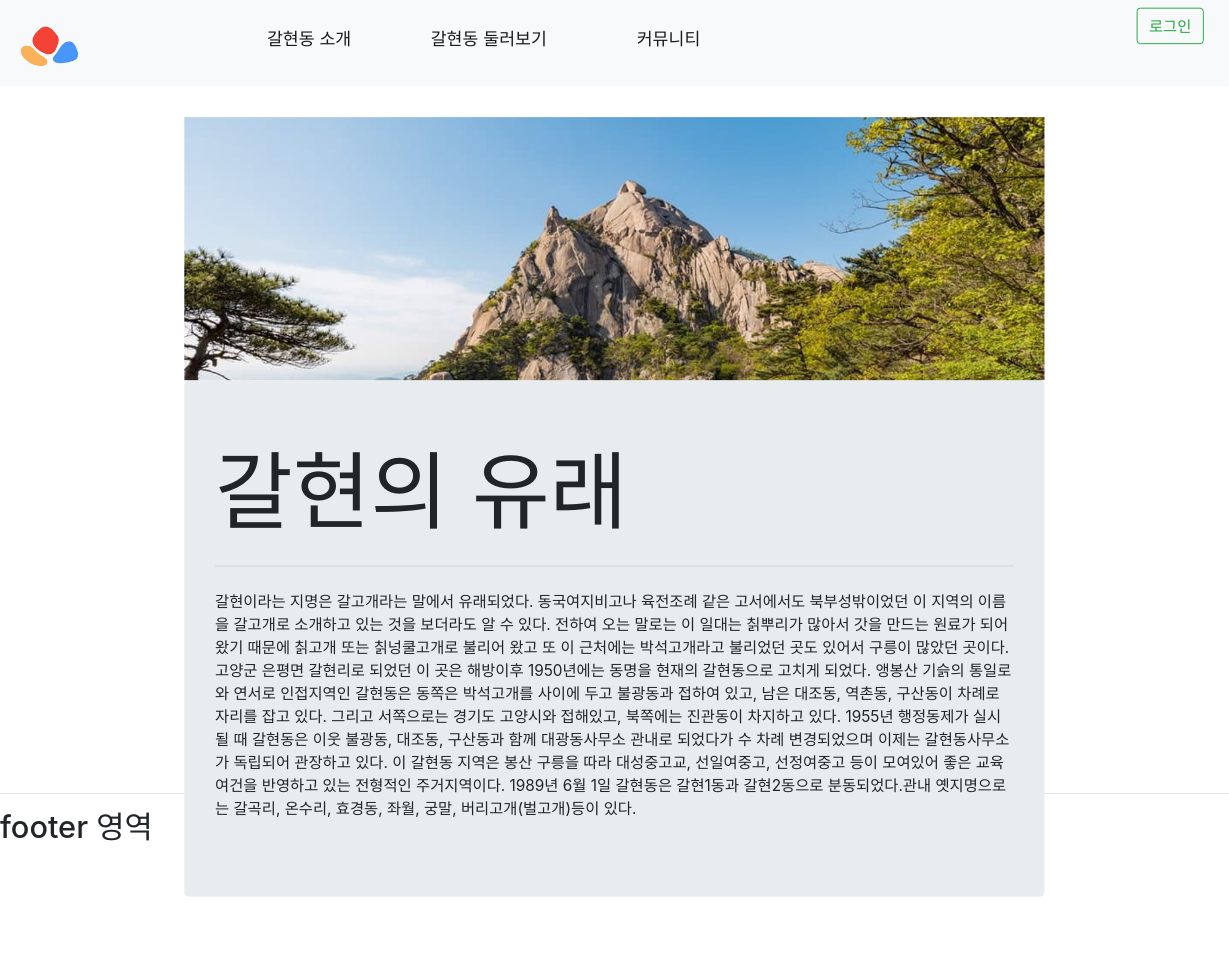
Repository: rnjsmj/pro01
Page: http://localhost/pro01/intro/origin.jsp
These files come from the project's save history. The page is drawn as it stood at one moment and after the next save; the edit follows.
The browser window is 1280 px wide. The pictures show the whole page, at 96% of full size.
The page is served by Tomcat 9. Nobody is signed in. The application's start-up code is not run. Other server files are loaded and not shown. The template is opened directly, without the code that normally fills it, so the values that code supplies are empty.

Above is the page before, as saved 2024-04-14 15:31:52.

### pro01/WebContent/intro/origin.jsp
<%@ page language="java" contentType="text/html; charset=UTF-8"
    pageEncoding="UTF-8"%>
<%@ taglib prefix="c" uri="http://java.sun.com/jsp/jstl/core" %>
<%@ taglib prefix="fmt" uri="http://java.sun.com/jsp/jstl/fmt" %>
<c:set var="path0" value="<%=request.getContextPath() %>" />
<!DOCTYPE html>
<html>
<head>
<meta charset="UTF-8">
<title>갈현동 소개 - 지역 유래</title>
<%@ include file="/head.jsp" %>
<style>
	#contents { background-color: #ffffff; height:100vh; text-align:center;justify-content:center; display:grid; }
	.page { padding : 2em; text-align : center; justify-content:center; width:960px;}
	.origin-main {text-align:center; width:100%}
	.main-image {justify-content:center; width:100%; height:auto;}
	.jumbotron {text-align:left;}
</style>
</head>
<body>
<div id="header">
	<%@ include file="/header.jsp" %>
</div>
<div id="contents">
	<section class="page" id="page1">
		<div class="origin-main">
			<img class="main-image" alt="대표이미지" src="${path0 }/images/main/origin.png">
			<div class="jumbotron">
				<h3 class="display-2">갈현의 유래</h2>
				<hr class="my-4">
				<p>
					갈현이라는 지명은 갈고개라는 말에서 유래되었다.

					동국여지비고나 육전조례 같은 고서에서도 북부성밖이었던 이 지역의 이름을 갈고개로 소개하고 있는 것을 보더라도 알 수 있다. 전하여 오는 말로는 이 일대는 칡뿌리가 많아서 갓을 만드는 원료가 되어왔기 때문에 칡고개 또는 칡넝쿨고개로 불리어 왔고 또 이 근처에는 박석고개라고 불리었던 곳도 있어서 구릉이 많았던 곳이다.

					고양군 은평면 갈현리로 되었던 이 곳은 해방이후 1950년에는 동명을 현재의 갈현동으로 고치게 되었다. 앵봉산 기슭의 통일로와 연서로 인접지역인 갈현동은 동쪽은 박석고개를 사이에 두고 불광동과 접하여 있고, 남은 대조동, 역촌동, 구산동이 차례로 자리를 잡고 있다.

					그리고 서쪽으로는 경기도 고양시와 접해있고, 북쪽에는 진관동이 차지하고 있다. 1955년 행정동제가 실시될 때 갈현동은 이웃 불광동, 대조동, 구산동과 함께 대광동사무소 관내로 되었다가 수 차례 변경되었으며 이제는 갈현동사무소가 독립되어 관장하고 있다.

					이 갈현동 지역은 봉산 구릉을 따라 대성중고교, 선일여중고, 선정여중고 등이 모여있어 좋은 교육여건을 반영하고 있는 전형적인 주거지역이다. 1989년 6월 1일 갈현동은 갈현1동과 갈현2동으로 분동되었다.관내 옛지명으로는 갈곡리, 온수리, 효경동, 좌월, 궁말, 버리고개(벌고개)등이 있다.
				</p>
			</div>
		</div>
	</section>
</div>
<div id="footer">
	<%@ include file="/footer.jsp" %>
</div>
</body>
</html>

### pro01/WebContent/head.jsp
<%@ page language="java" contentType="text/html; charset=UTF-8"
    pageEncoding="UTF-8"%>
<%@ taglib prefix="c" uri="http://java.sun.com/jsp/jstl/core" %>
<%@ taglib prefix="fmt" uri="http://java.sun.com/jsp/jstl/fmt" %>
<c:set var="ipath" value="<%= request.getContextPath() %>" />
<script src="${ipath }/js/jquery-3.2.1.min.js"></script>
<link rel="stylesheet" href="${ipath }/css/bootstrap.min.css" />
<link rel="stylesheet" href="https://cdnjs.cloudflare.com/ajax/libs/font-awesome/5.7.0/css/all.min.css" />
<script src="${ipath }/js/bootstrap.min.js"></script>
<meta name="viewport" content="width=device-width, initial-scale=1.0">
<meta name="subject" content="갈현동 소개 (Galhyeon-dong Intro)" />
<meta name="description" content="갈현동, 로데오거리, 맛집, 교통" />
<meta name="keywords" content="갈현동, 갈현1동, 갈현2동, 거리, 맛집, 교통편, 연신내역, 연신내, 구산역, 구산동, 구파발, 로데오거리, 연신내로데오거리, 메트로타워, 주점" />
<link rel="icon" href="${ipath }/images/favicon.png" />
<link rel="shortcut icon" href="${ipath}/images/favicon3.png" />
<meta property="og:type" content="website" />
<meta property="og:title" content="갈현동" />
<meta property="og:description" content="갈현동, 로데오거리, 맛집, 교통" />
<meta property="og:image" content="${ipath }/images/site.png" />
<meta property="og:url" content="http://localhost:8091" />
<link rel="stylesheet" href="${ipath }/css/common.css" />

### pro01/WebContent/header.jsp
<%@ page language="java" contentType="text/html; charset=UTF-8"
    pageEncoding="UTF-8"%>
<%@ taglib prefix="c" uri="http://java.sun.com/jsp/jstl/core" %>
<%@ taglib prefix="fmt" uri="http://java.sun.com/jsp/jstl/fmt" %>
<c:set var="hpath" value="<%=request.getContextPath() %>" />

<style>
	.navbar {width:100%; clear:both; display:block;}

	.navbar-brand { float:left; margin-right:80px; margin-top:0px; }
	#gnb {width:100%; height:90px; position:absoulute; top:0px; min-width:1100px; }
	.div-navbar {width:100%; display:block; float:left; }
	#gnb .navbar-nav { width:60%; margin:0auto; float:left; display:block; min-width:606px; text-align:center; margin-left:5%; height:80px;}
	#gnb .nav-item {float:left; position:relative; width:25%; height:80px; line-height:50px; text-align:center; display:block;  }
	#gnb .nav-item a {display:block; }
	.nav-link {font-size:18px;}
	/*
	.navbar {width:100%; clear:both; display:block;}

	.navbar-brand { float:left; margin-right:80px; margin-top:0px; }
	#gnb {width:100%; height:90px; position:absoulute; margin-top:0px; }
	.div-navbar {width:100%; display:block; float:left;}
	#gnb .navbar-nav { width:60%; margin:0auto; overflow:hidden; float:left; display:block; min-width:606px; text-align:center; margin-left:5%}
	#gnb .nav-item {float:left; position:relative; width:25%; height:100%; line-height:50px; text-align:center; display:block; }
	#gnb .nav-item a {display:block; }
	.nav-link {font-size:18px;}*/

	#gnb .sub_menu {display:none; list-style:none; text-align:left; background-color:#ffffff; margin-top:10px; }
	#gnb .sub_menu a {text-decoration:none; color:black;}
	#gnb .sub_menu a:hover {font-weight:600; color:#69634e; }
	#gnb .item .sub_menu li {background-color:#ffffff; }
	#gnb .nav-item:hover .sub_menu {display:block; }
	#gnb .nav-item:hover a.nav-link{font-weight:600; }
	#gnb a {text-decoration:none;}

	.mem-manage {text-align:right;   width:200px; float:right;}
	.ul-mem {list-style:none; }
	.li-mem {list-style:none; margin-left:10px; margin-right:10px; float:right; display:block;}


</style>
<header>
	<nav class="navbar navbar-light bg-light" id="gnb">
	<div class="div-navbar">
  		<a class="navbar-brand" href="/pro01"><img alt="갈현동" src="${hpath }/images/favicon3.png" width=70px></a>
		<ul class="navbar-nav">
    		<li class="nav-item active"><a class="nav-link">갈현동 소개</a>
    			<ul class="sub_menu">
    				<li><a href="${hpath }/intro/origin.jsp">지명유래</a></li>
    				<li><a href="">오시는 길</a></li>
    			</ul>
    		</li>
    		<li class="nav-item active"><a class="nav-link">갈현동 둘러보기</a>
    			<ul class="sub_menu">
    				<li><a href="">주요시설 안내</a></li>
    				<li><a href="">맛집 안내</a></li>
    				<li><a href="${hpath }/TrafficList.do">교통편 안내</a></li>
    			</ul>
    		</li>
    		<li class="nav-item active"><a class="nav-link">커뮤니티</a>
    			<ul class="sub_menu">
    				<li><a href="${hpath }/NoticeList.do">공지사항</a></li>
    				<li><a href="${hpath }/QnaList.do">묻고답하기</a></li>
    				<li><a href="">자료실</a></li>
    			</ul>
    		</li>
    		<c:if test="${not empty sid }">
				<c:if test="${!sid.equals('admin')}">
				<li class="nav-item active"><a class="nav-link href="${hpath }/MemberUpdate.do?id=${sid}">마이페이지</a></li>
				</c:if>
				<c:if test="${sid.equals('admin') }">
				<li class="nav-item active"><a class="nav-link href="${hpath }/admin">관리자페이지</a></li>
				</c:if>
			</c:if>
  		</ul>
  		<div class="mem-manage justify-content-end">
  			<ul class="ul-mem">
  				<c:if test="${not empty sid }">
  				<li class="li-mem">
  					<img alt="이미지" src="${hpath }/images/member-icon.svg" width=20px;>
  					<strong>${sname }</strong>
  				</li>
  				<li class="li-mem">
  					<a class="btn btn-outline-success my-2 my-sm-0" href="${hpath }/Logout.do">로그아웃</a>
  				</li>
  				</c:if>
  				<c:if test="${empty sid}">
  				<li class="li-mem">
  					<a class="btn btn-outline-success my-2 my-sm-0" href="${hpath }/member/login.jsp" >로그인</a>
  				</li>
  				</c:if>
  			</ul>
  		</div>
  	</div>
	</nav>
</header>

### pro01/WebContent/footer.jsp
<%@ page language="java" contentType="text/html; charset=UTF-8"
    pageEncoding="UTF-8"%>
<hr>
<footer>
	<h2>footer 영역</h2>
</footer>

### pro01/WebContent/css/common.css
@charset "UTF-8";
#contents {min-height:100%; height:auto; padding-bottom:100px; }
#header {clear:both; height:90px;  min-width:1100px; }
#footer { /*background-color:#2c2c2c; color:#fff;
	position:relative; transform:translateY(-100%); height:100px;*/ }

Loaded but not shown: pro01/WebContent/js/jquery-3.2.1.min.js (library); pro01/WebContent/css/bootstrap.min.css (library); pro01/WebContent/js/bootstrap.min.js (library)

After the next save:
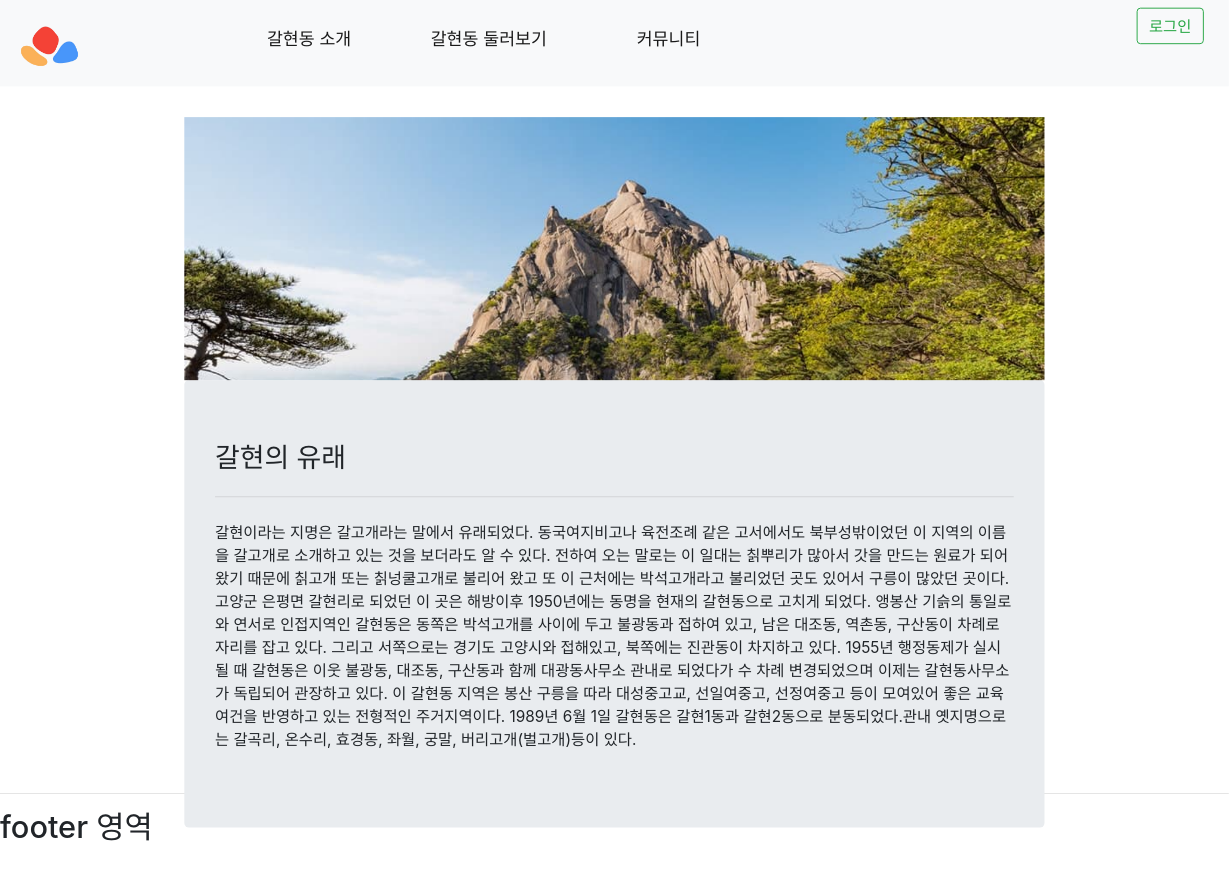
Saved 7 s later.
--- a/pro01/WebContent/intro/origin.jsp
+++ b/pro01/WebContent/intro/origin.jsp
@@ -26,7 +26,7 @@
 		<div class="origin-main">
 			<img class="main-image" alt="대표이미지" src="${path0 }/images/main/origin.png">
 			<div class="jumbotron">
-				<h3 class="display-2">갈현의 유래</h2>
+				<h3 class="display-6">갈현의 유래</h2>
 				<hr class="my-4">
 				<p>
 					갈현이라는 지명은 갈고개라는 말에서 유래되었다.
